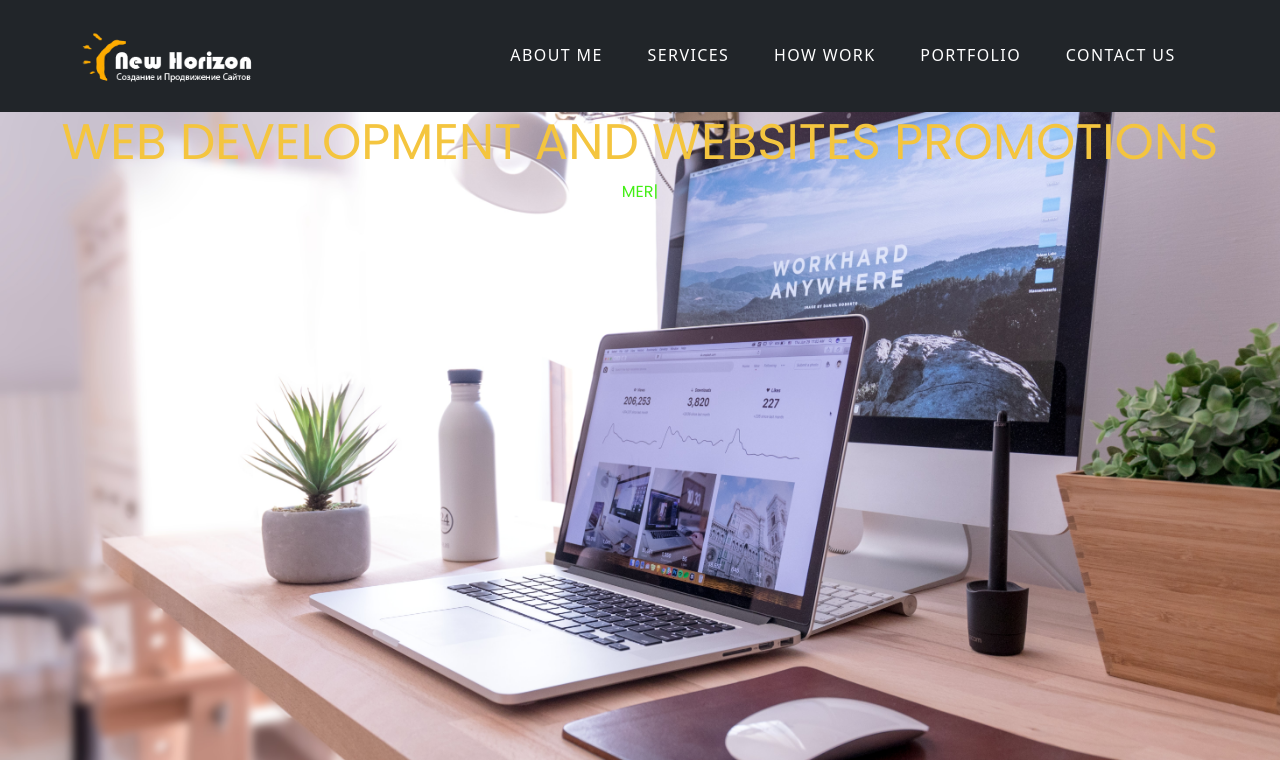
Repository: ahmedibrahimhassan654/React-Bootstrap-5
Page: /
These files come from the project's save history. The page is drawn as it stood at one moment and after the next save; the edit follows.
The browser window is 1280 px wide. The pictures show the whole page.
The project was rebuilt for these pictures with package versions that can differ from the ones it lists, and the page was loaded fresh each time.

Above is the page before, as saved 2021-11-25 06:51:57.

### public/index.html
<!DOCTYPE html>
<html lang="en">
  <head>
    <meta charset="utf-8" />
    <link rel="icon" href="%PUBLIC_URL%/favicon.ico" />
    <meta name="viewport" content="width=device-width, initial-scale=1" />
    <meta name="theme-color" content="#000000" />
    <meta
      name="description"
      content="Web site created using create-react-app"
    />
    <link rel="apple-touch-icon" href="%PUBLIC_URL%/logo192.png" />
    <!--
      manifest.json provides metadata used when your web app is installed on a
      user's mobile device or desktop. See https://developers.google.com/web/fundamentals/web-app-manifest/
    -->
    <link rel="manifest" href="%PUBLIC_URL%/manifest.json" />
    <!--
      Notice the use of %PUBLIC_URL% in the tags above.
      It will be replaced with the URL of the `public` folder during the build.
      Only files inside the `public` folder can be referenced from the HTML.

      Unlike "/favicon.ico" or "favicon.ico", "%PUBLIC_URL%/favicon.ico" will
      work correctly both with client-side routing and a non-root public URL.
      Learn how to configure a non-root public URL by running `npm run build`.
    -->
    <title>React App</title>
  </head>
  <body>
    <noscript>You need to enable JavaScript to run this app.</noscript>
    <div id="root"></div>


 <script src="https://cdn.jsdelivr.net/npm/bootstrap@5.0.2/dist/js/bootstrap.bundle.min.js" integrity="sha384-MrcW6ZMFYlzcLA8Nl+NtUVF0sA7MsXsP1UyJoMp4YLEuNSfAP+JcXn/tWtIaxVXM" crossorigin="anonymous"></script>

  </body>
</html>

### src/App.js
import "./App.css";
import "bootstrap/dist/css/bootstrap.min.css";
import Navbar from "./components/Navbar";
import Header from "./components/Header";
function App() {
  return (
    <>
      <Navbar />
      <Header />
    </>
  );
}

export default App;

### src/App.css
/* Font Imported */
@import url("https://fonts.googleapis.com/css2?family=Poppins:wght@300;400&family=Work+Sans:wght@300&display=swap");

:root {
  --primary-white: #fff;
  --primary-orage: #f4c53f;
  --primary-dark: #212529;
  --primary-green: #44ee17;
}

body {
  font-family: "Poppins", sans-serif;
}
/* Nav Bar */
.logo {
  width: 16.25rem;
}
/* Menu Link */

nav a.nav-link {
  /* font-weight: 900; */
  letter-spacing: 0.0875rem;
  cursor: pointer;
}
nav ul li {
  text-transform: uppercase;
}
.navbar-nav li a {
  color: var(--primary-white) !important;
  margin-right: 0.9rem;
  margin-left: 0.9rem;
  border-bottom: 0.1875rem solid var(--primary-dark);
}
.navbar-brand {
  max-width: 17.25rem;
  padding: 0 !important;
  height: 6rem;
}
.navbar-nav li a.active,
.navbar-nav li a.active:focus {
  border-bottom: 0.1875rem solid var(--primary-orage);
}
.navbar-nav li a:hover {
  border-top: 0.1875rem solid var(--primary-green);
}
/* Header */
.header-wraper {
  position: relative;
  background-image: url("/src/img/cover.jpg");
  background-size: cover;
  background-position: center;
  height: 90vh;
}
.maininfo {
  display: flex;
  flex-direction: column;
  justify-content: center;
  align-items: center;
  text-align: center;

  font-family: "Poppins", sans-serif;
}
.maininfo h1 {
  color: var(--primary-orage);
  text-transform: uppercase;

  font-size: 50px;
}

.text-typed {
  color: #44ee17;
  font-size: ;
}

### src/components/Navbar.jsx
import React from "react";
import logo from "../logo.png";

import { FontAwesomeIcon } from "@fortawesome/react-fontawesome";
import { faBars } from "@fortawesome/free-solid-svg-icons";

const Navbar = () => {
  return (
    <>
      <nav className="navbar navbar-expand-lg navbar-light bg-dark">
        <div className="container">
          <a className="navbar-brand" href="#">
            <img className="logo" src={logo} alt=" logo ...." />
          </a>
          <button
            className="navbar-toggler"
            type="button"
            data-bs-toggle="collapse"
            data-bs-target="#navbarSupportedContent"
            aria-controls="navbarSupportedContent"
            aria-expanded="false"
            aria-label="Toggle navigation"
          >
            <FontAwesomeIcon icon={faBars} style={{ color: "orange" }} />
          </button>
          <div className="collapse navbar-collapse" id="navbarSupportedContent">
            <ul className="navbar-nav ms-auto mb-2 mb-lg-0">
              <li className="nav-item">
                <a className="nav-link " aria-current="page" href="#">
                  about me
                </a>
              </li>
              <li className="nav-item">
                <a className="nav-link" href="#">
                  services
                </a>
              </li>
              <li className="nav-item">
                <a className="nav-link" href="#">
                  How work
                </a>
              </li>
              <li className="nav-item">
                <a className="nav-link" href="#">
                  Portfolio
                </a>
              </li>
              <li className="nav-item">
                <a className="nav-link" href="#">
                  Contact Us
                </a>
              </li>
            </ul>
          </div>
        </div>
      </nav>
    </>
  );
};

export default Navbar;

### src/components/Header.jsx
import React from "react";
import Typed from "react-typed";
const Header = () => {
  return (
    <div className="header-wraper">
      <div className="maininfo">
        <h1> web development and websites promotions</h1>
        <Typed
          className="text-typed"
          strings={[
            "Node Js Developer",
            "React Js Developer",
            "MERN Stack Web Developer",
          ]}
          typeSpeed={80}
          loop
        />
      </div>
    </div>
  );
};

export default Header;

Loaded but not shown: src/index.js (common file); src/reportWebVitals.js (common file)

After the next save:
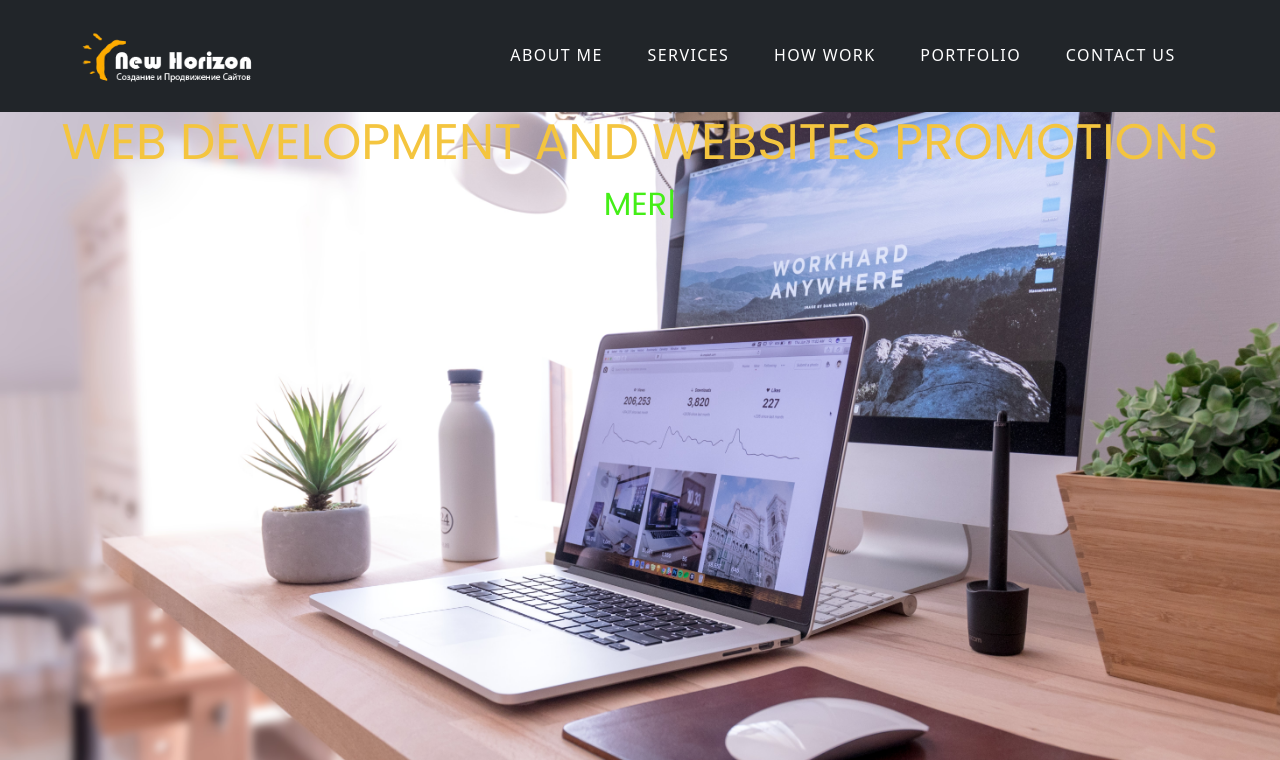
Saved 4 s later.
--- a/src/App.css
+++ b/src/App.css
@@ -69,5 +69,5 @@ nav ul li {
 
 .text-typed {
   color: #44ee17;
-  font-size: ;
+  font-size: 2rem;
 }
